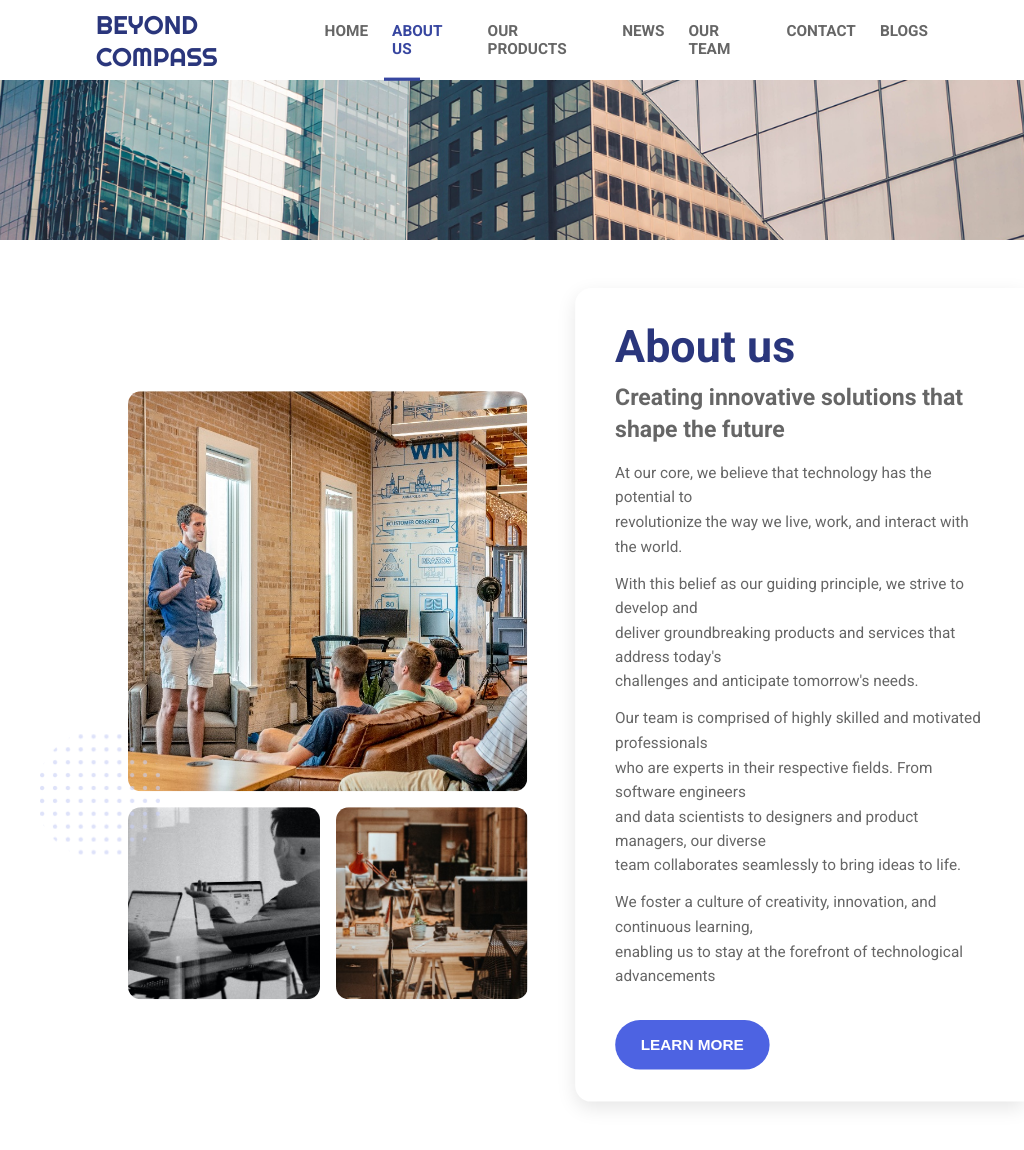
Repository: trunghau06/baitapRn
Page: pages/about.html
The author's editor kept a copy of each file at every save. The page is drawn from the files as they stood at one save, then again after a run of saves.
The browser window is 1280 px wide. The pictures show the whole page, at 80% of full size.

Above is the page before, as saved 2025-10-09 22:24:33.

After the next 4 saves:
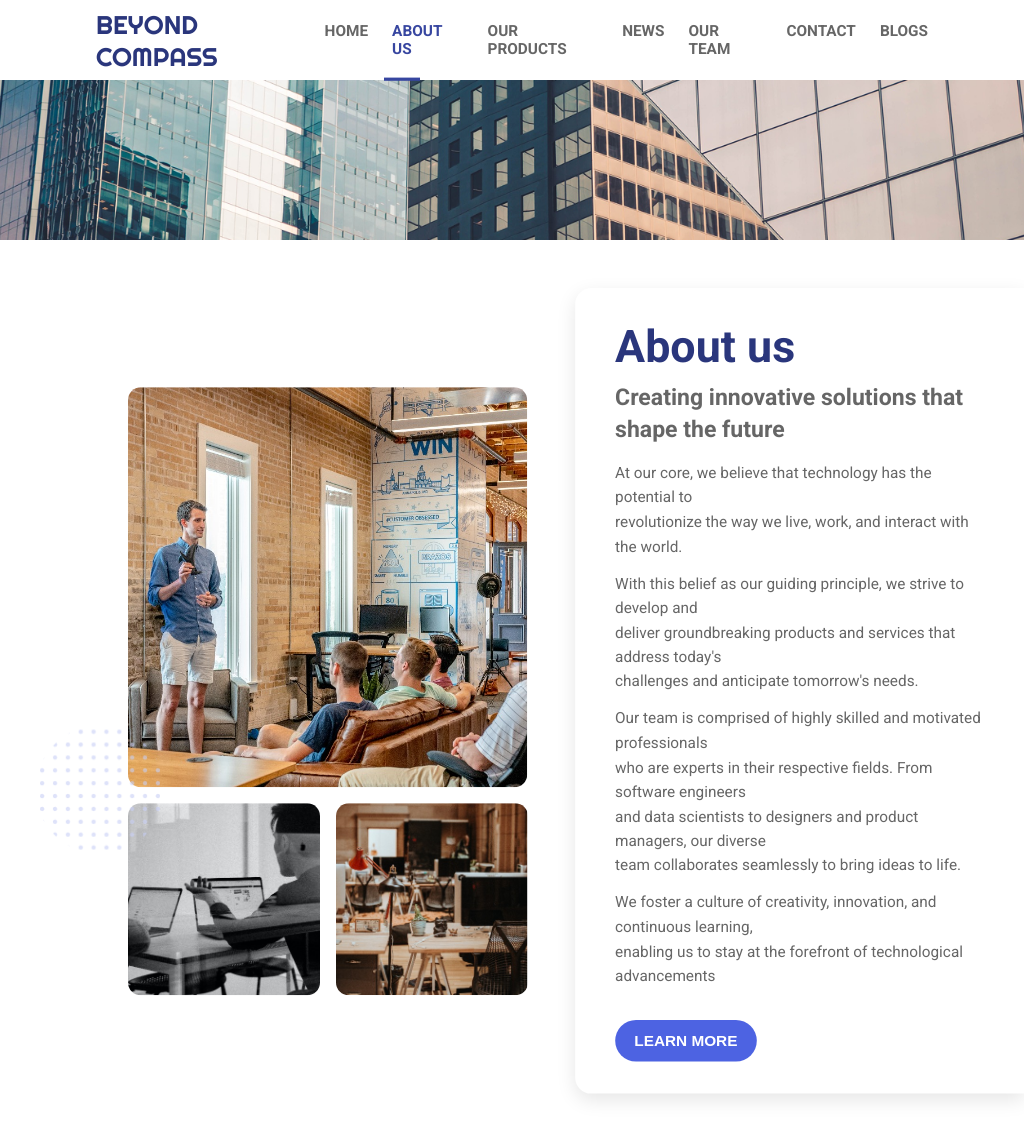
The 4 saves are shown as one change because they came seconds apart.
The last was saved 44 s later.
--- a/style/about.css
+++ b/style/about.css
@@ -188,7 +188,7 @@ nav ul li a.active::after {
     color: white;
     font-size: 1.2em;
     font-weight: 600;
-    padding: 20px 32px;
+    padding: 15px 24px;
     border: none;
     border-radius: 32px;
     cursor: pointer;
